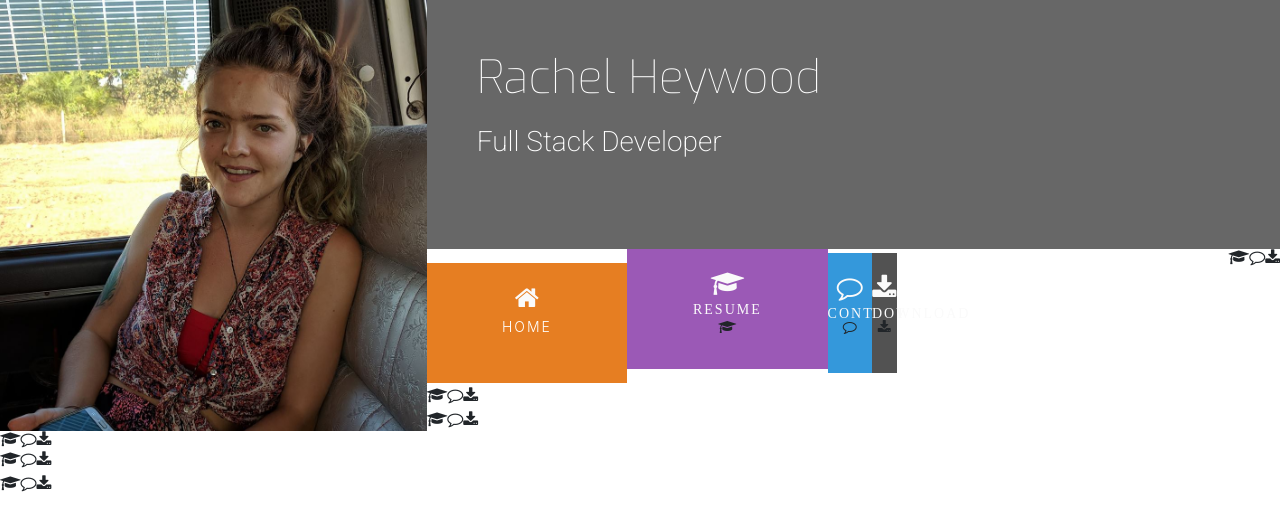
Repository: Heywood93/resume
Page: index.html
The author's editor kept a record of every edit. The page is drawn from the files as they stood at one moment, then again after the next edit.
The browser window is 1280 px wide. The pictures show the whole page.

Above is the page before.

After the next edit:
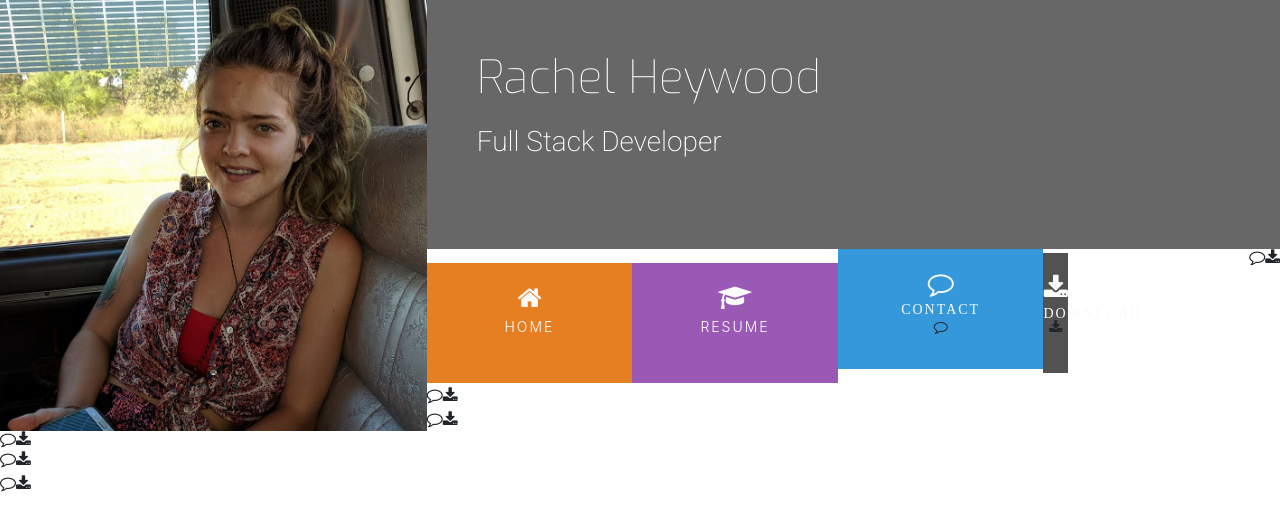
The edit:
--- a/index.html
+++ b/index.html
@@ -29,7 +29,7 @@
                                 <a href="#"><i class="fa fa-home" aria-hidden="true"></i><span>Home</span></a>
                             </li>
                             <li class="col-6 col-sm-3 ui-menu-color-resume list-inline-item menuitem">
-                                <a href="#"><i class="fa fa-graduation-cap" aria-hidden="true"></span><span>Resume</span></a>
+                                <a href="#"><i class="fa fa-graduation-cap" aria-hidden="true"></i><span>Resume</span></a>
                             </li>
                             <li class="col-6 col-sm-3 ui-menu-color-contact list-inline-item menuitem">
                                 <a href="#"><i class="fa fa-comment-o" aria-hidden="true"></span><span>Contact</span></a>
